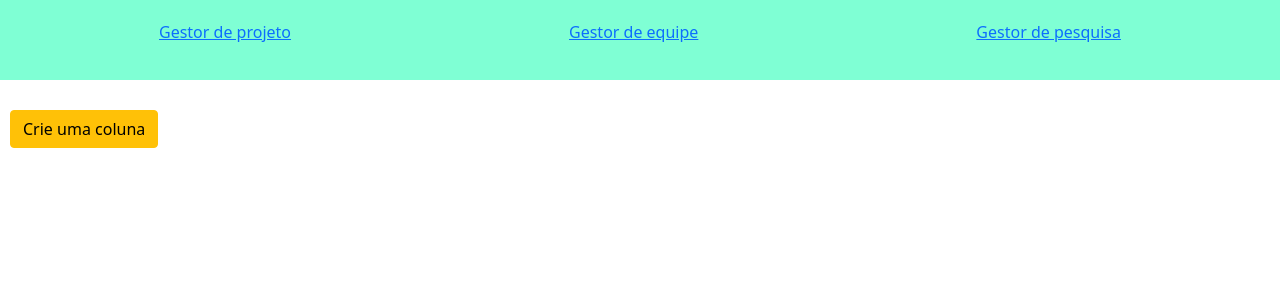
Repository: shadowruge/kanban
Page: index.html
The author's editor kept a copy of each file at every save. The page is drawn from the files as they stood at one save, then again after the next save.
The browser window is 1280 px wide. The pictures show the whole page.

Above is the page before, as saved 2021-06-12 21:25:47.

After the next save:
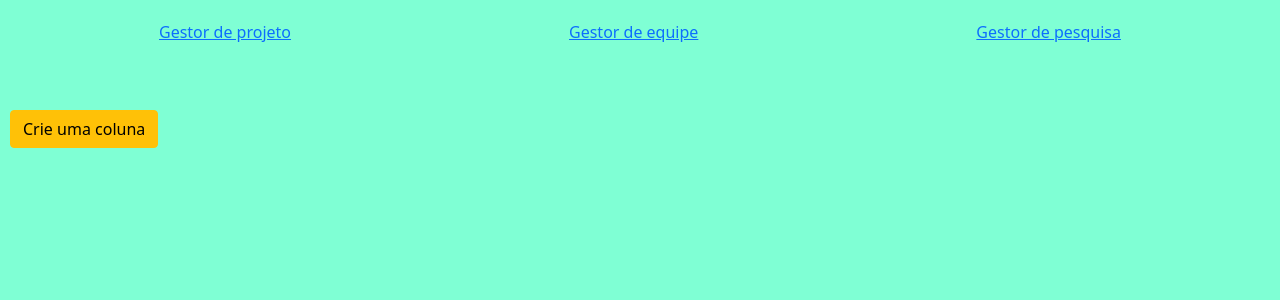
Saved 6 s later.
--- a/style.css
+++ b/style.css
@@ -8,7 +8,7 @@
 }
 
 body{
-  background-color:a;
+  background-color:aquamarine;
 }
 
 /* nav confi fora da tag body */
